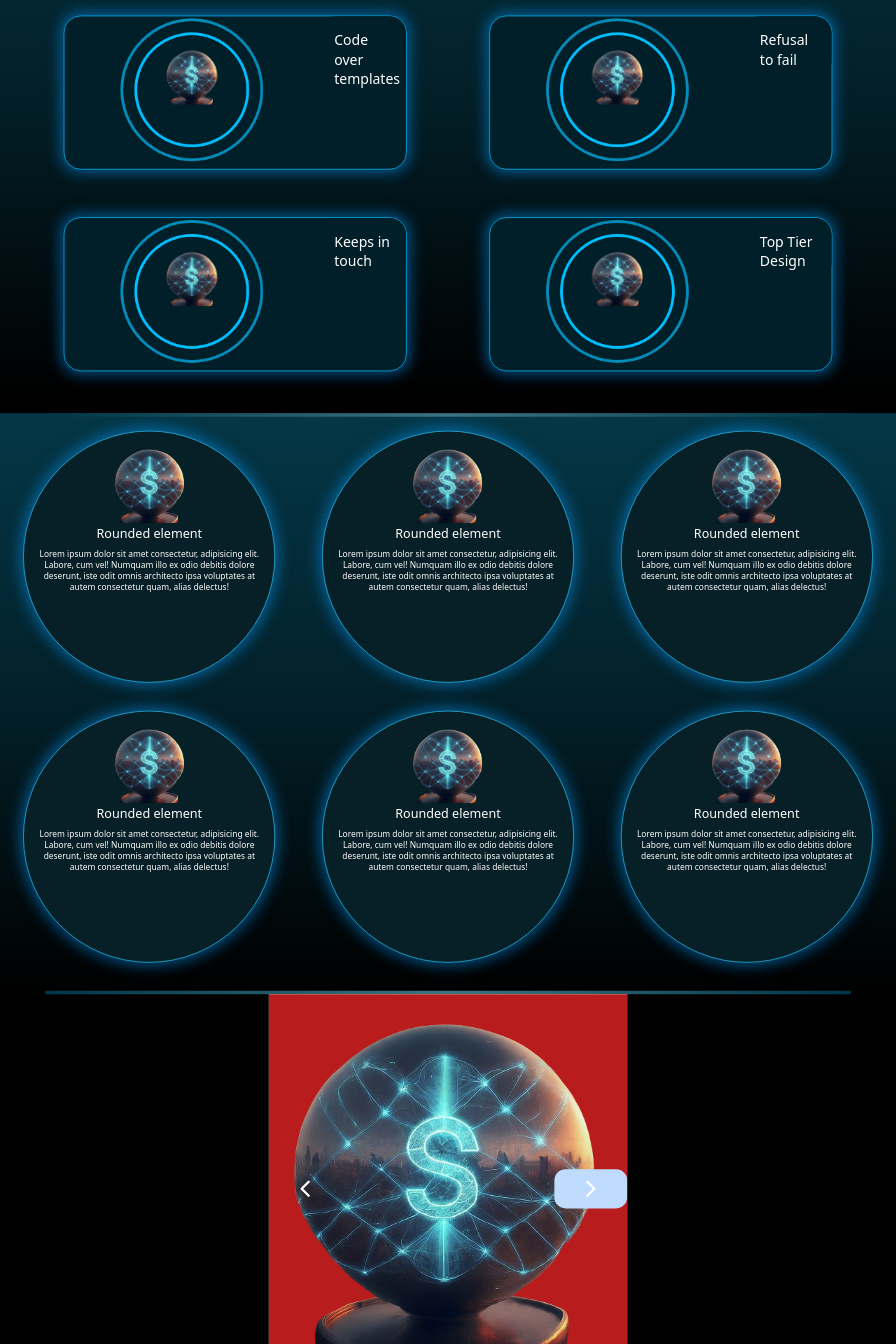
Repository: TMuse333/q3-desings2
Page: /
An editor plug-in stored every save of this project. The page is shown before and after the next save, followed by the edit.
The browser window is 1280 px wide. The pictures show the part of the page from y = 1046 to 2966 px (the page is 2966 px tall), at 70% of full size.
The project was rebuilt for these pictures with package versions that can differ from the ones it lists, and the page was loaded fresh each time. Also part of the build but not shown: vite.config.ts.

Above is the page before, as saved 2024-05-11 13:48:20.

After the next save:
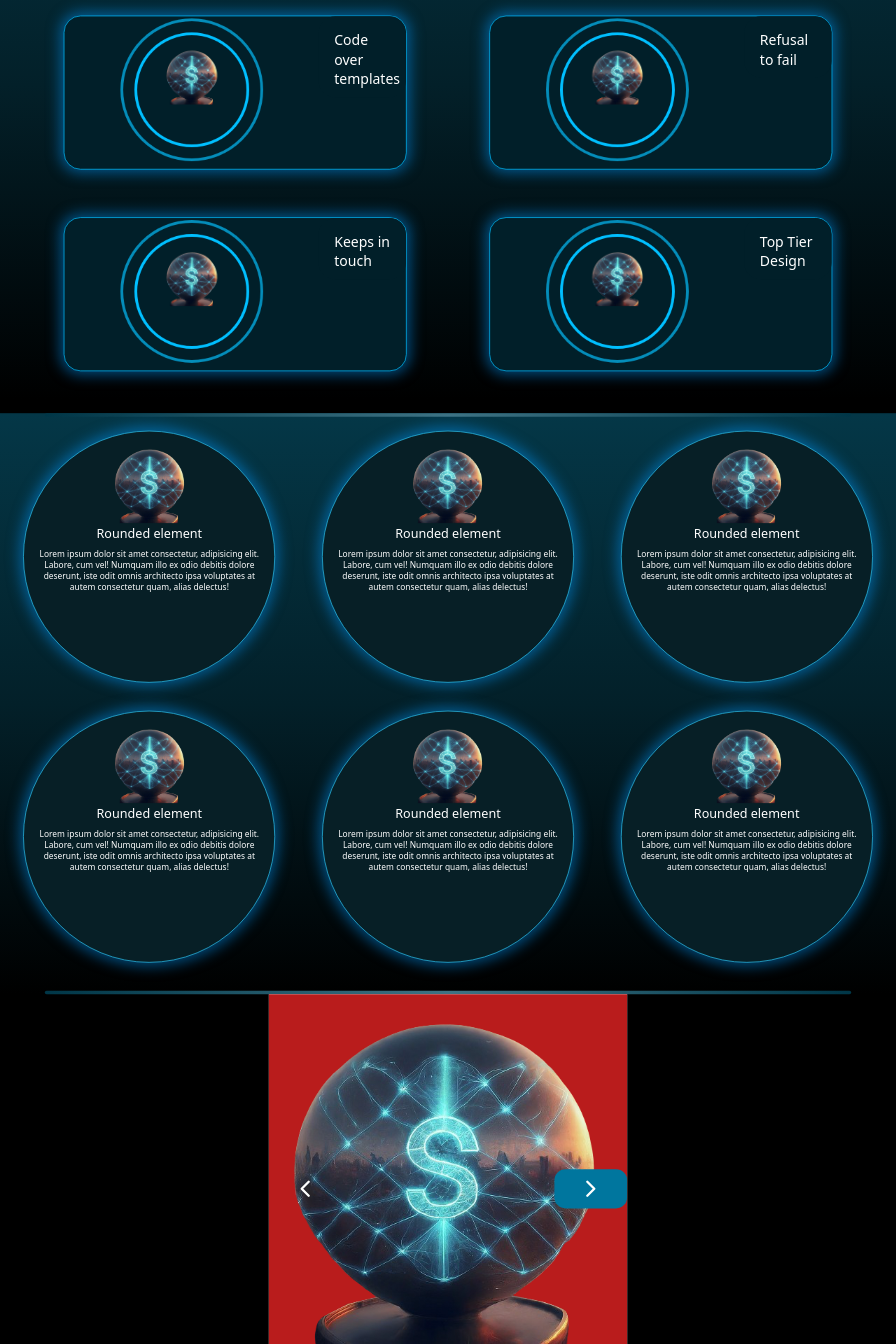
Saved 11 s later.
--- a/src/components/carousel/carousel.tsx
+++ b/src/components/carousel/carousel.tsx
@@ -35,7 +35,7 @@ const Carousel:React.FC<CarouselProps> = ({images}) =>{
                     size={40}/>
                 </button>
 
-                <button className='bg-blue-200'>
+                <button className='bg'>
                  <ChevronRight
                  size={40}/>
                 </button>
